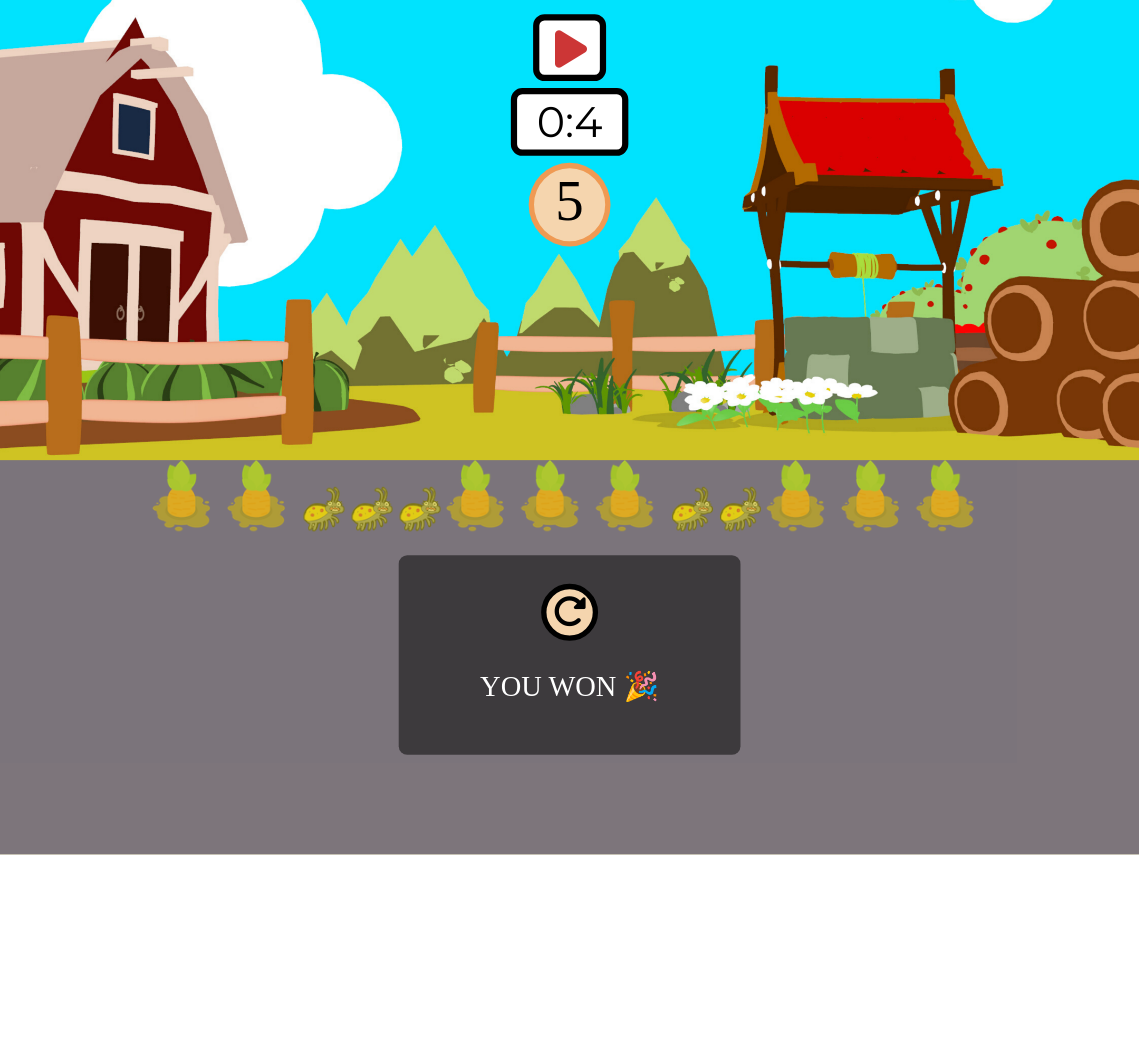
Repository: sephinejo/Mini-carrot-game
Page: index.html
The author's editor kept a copy of each file at every save. The page is drawn from the files as they stood at one save, then again after a run of saves.
The browser window is 1280 px wide. The pictures show the whole page, at 89% of full size.
Some web fonts or font styles are not loaded; a fallback is used. Some web libraries are served in a nearby version.

Above is the page before, as saved 2023-05-15 09:28:26.

After the next 2 saves:
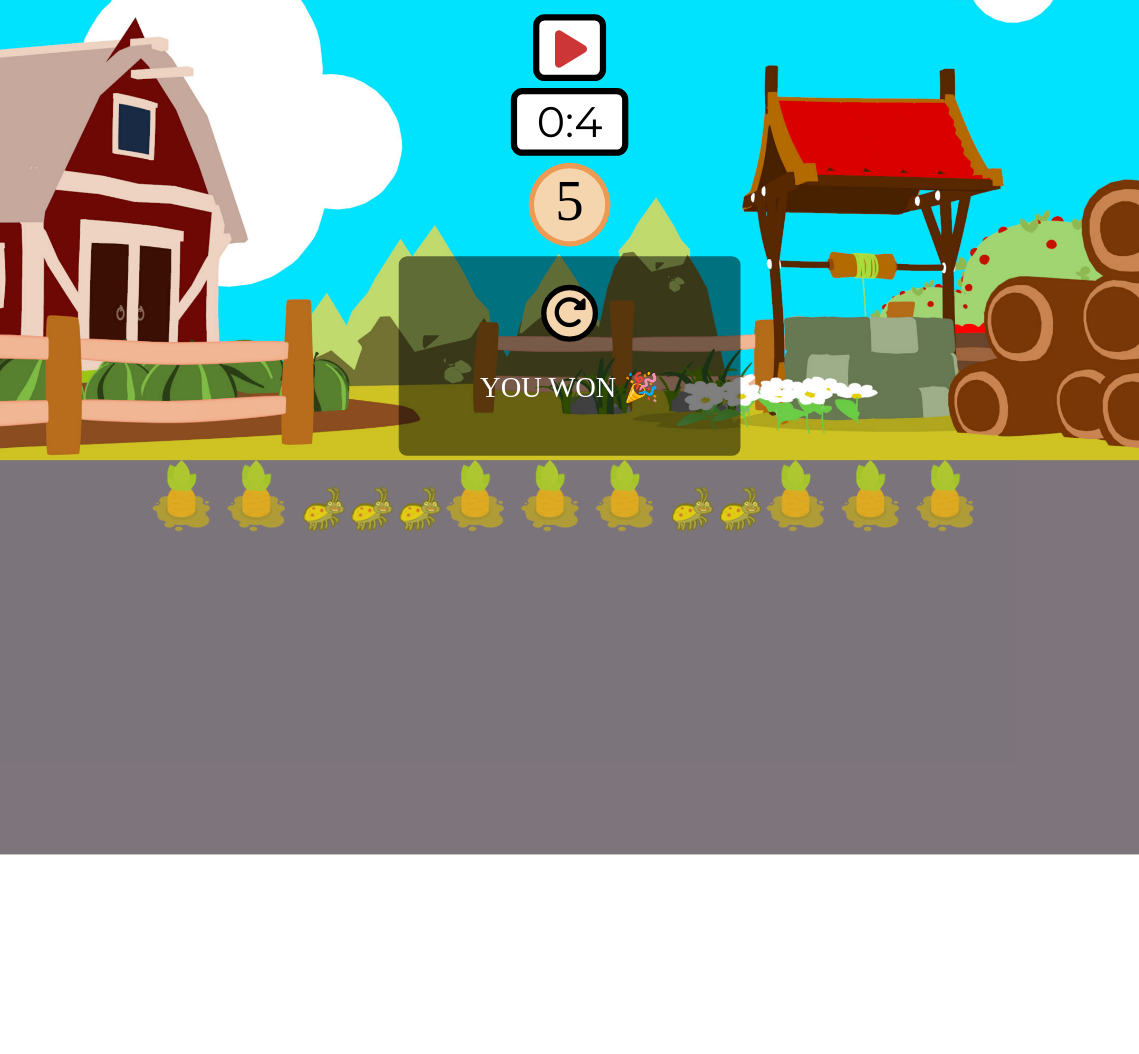
The 2 saves are shown as one change because they came seconds apart.
The last was saved 16 s later.
--- a/style.css
+++ b/style.css
@@ -79,7 +79,7 @@ button {
   text-align: center;
   padding: 2rem;
   margin: auto;
-  transform: translateY(-150%);
+  transform: translateY(-300%);
 }
 
 .pop-up__replay {
